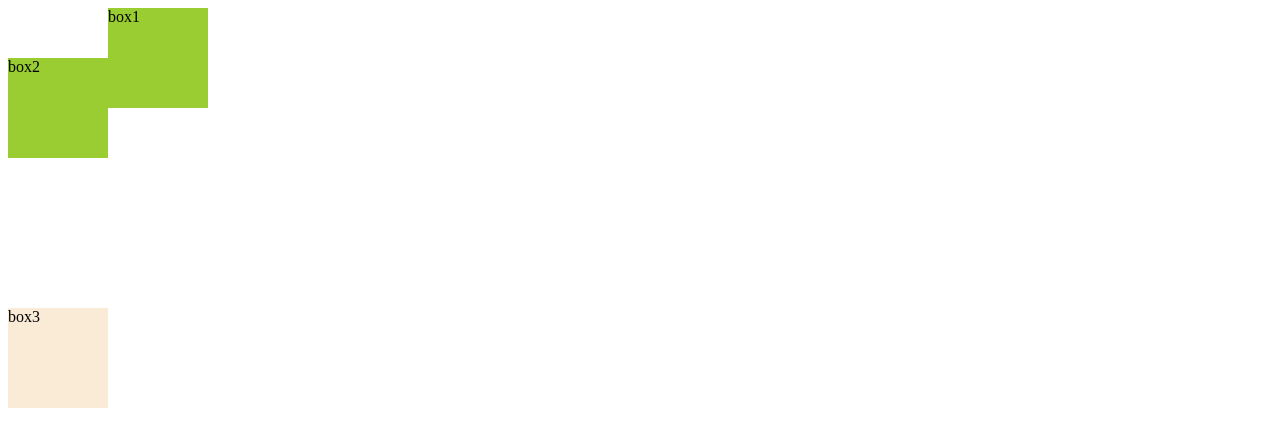
Repository: northpx/animation
Page: index.html
The author's editor kept a copy of each file at every save. The page is drawn from the files as they stood at one save, then again after a run of saves.
The browser window is 1280 px wide. The pictures show the whole page.

Above is the page before, as saved 2022-12-19 19:22:26.

### index.html
<!DOCTYPE html>
<html lang="en">
<head>
    <meta charset="UTF-8">
    <meta http-equiv="X-UA-Compatible" content="IE=edge">
    <meta name="viewport" content="width=device-width, initial-scale=1.0">
    <link rel="stylesheet" href="style.css">
    <title>Document</title>
</head>
<body>
        <div class="box1">box1</div>
        <div class="box2">box2</div>
        <div class="box3">box3</div>
        <div class="box4">box4</div>
</body>
</html>

### style.css
/* .box1{
    width: 100px;
    height: 100px;
    background-color: aqua;
    transform: rotateX(45deg);
}

.box2{
    width: 100px;
    height: 100px;
    background-color: bisque;
    transform: rotateY(-45deg);
}

.box3{
    width: 100px;
    height: 100px;
    background-color: blueviolet;
    transform: rotate(180deg);
} */
.box1{
    width: 100px;
    height: 100px;
    background-color: yellowgreen;
    transform: translateX(100px);
}

.box2{
    width: 100px;
    height: 100px;
    background-color: yellowgreen;
    transform: translateY(-50px);
}

.box3{
    width: 100px;
    height: 100px;
    background-color: antiquewhite;
    transform: translateY(100px);
}

After the next 3 saves:
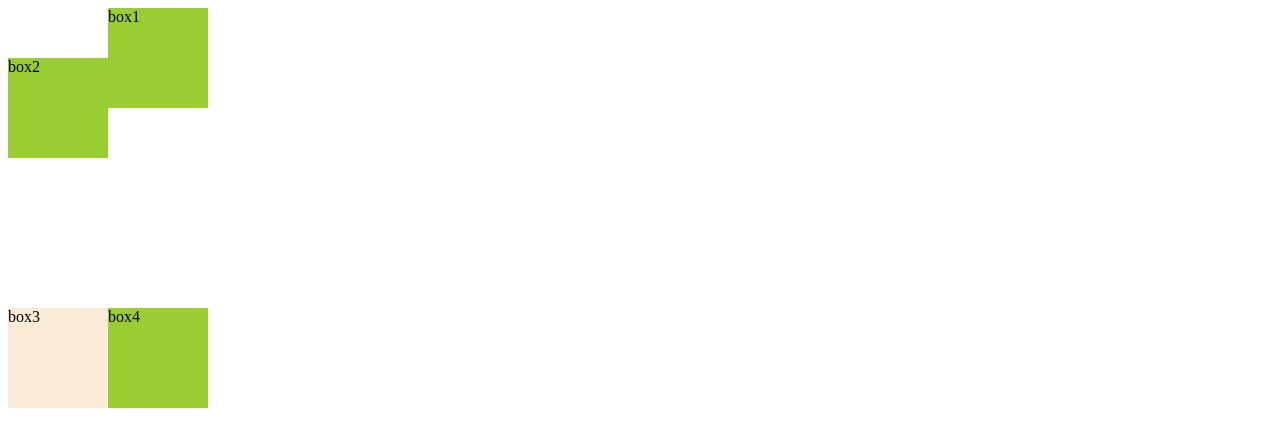
The 3 saves are shown as one change because they came seconds apart.
The last was saved 10 s later.
--- a/style.css
+++ b/style.css
@@ -38,3 +38,9 @@
     background-color: antiquewhite;
     transform: translateY(100px);
 }
+.box4{
+    width: 100px;
+    height: 100px;
+    background-color: yellowgreen;
+    transform: translateX(100px);
+}
